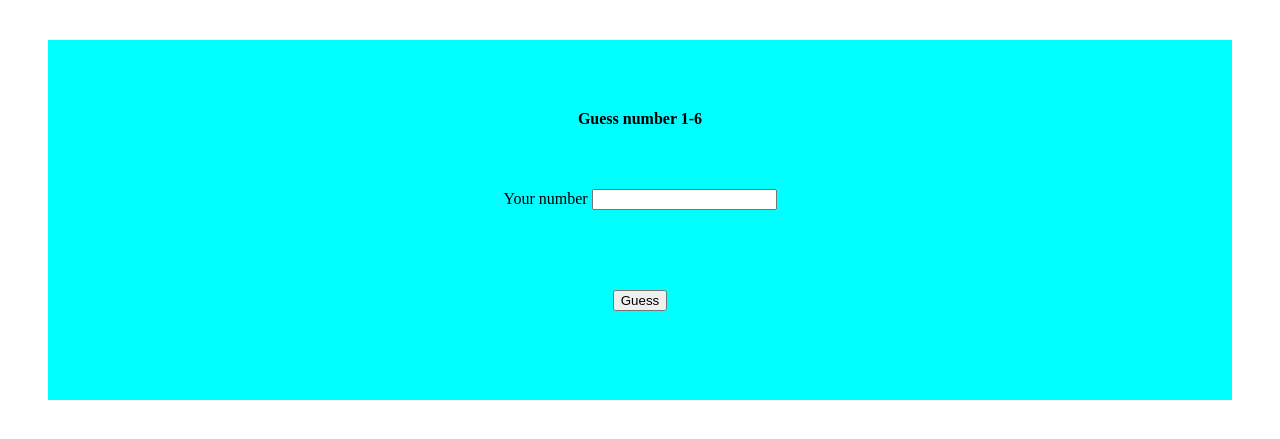
Repository: Ironicmanx/HTMLFILES
Page: Javascript/guessNumber/guess.html
The author's editor kept a copy of each file at every save. The page is drawn from the files as they stood at one save, then again after the next save.
The browser window is 1280 px wide. The pictures show the whole page.

Above is the page before, as saved 2024-02-05 20:15:21.

After the next save:
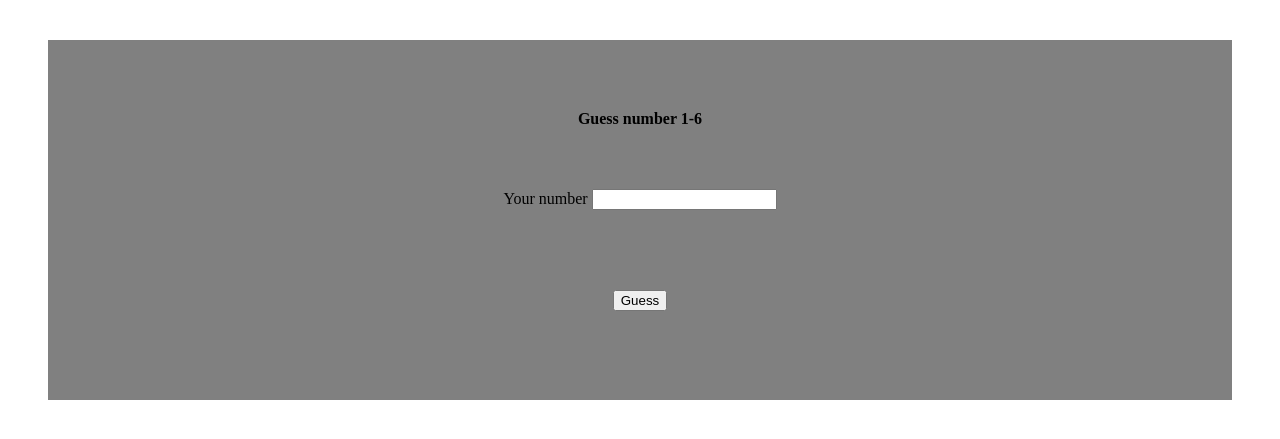
Saved 17 s later.
--- a/Javascript/guessNumber/guess.css
+++ b/Javascript/guessNumber/guess.css
@@ -1,7 +1,7 @@
 
 div#container{
     color: #000;
-    background-color: aqua;
+    background-color: gray;
     height: 50vh;
     display: flex;
     flex-direction: column;
